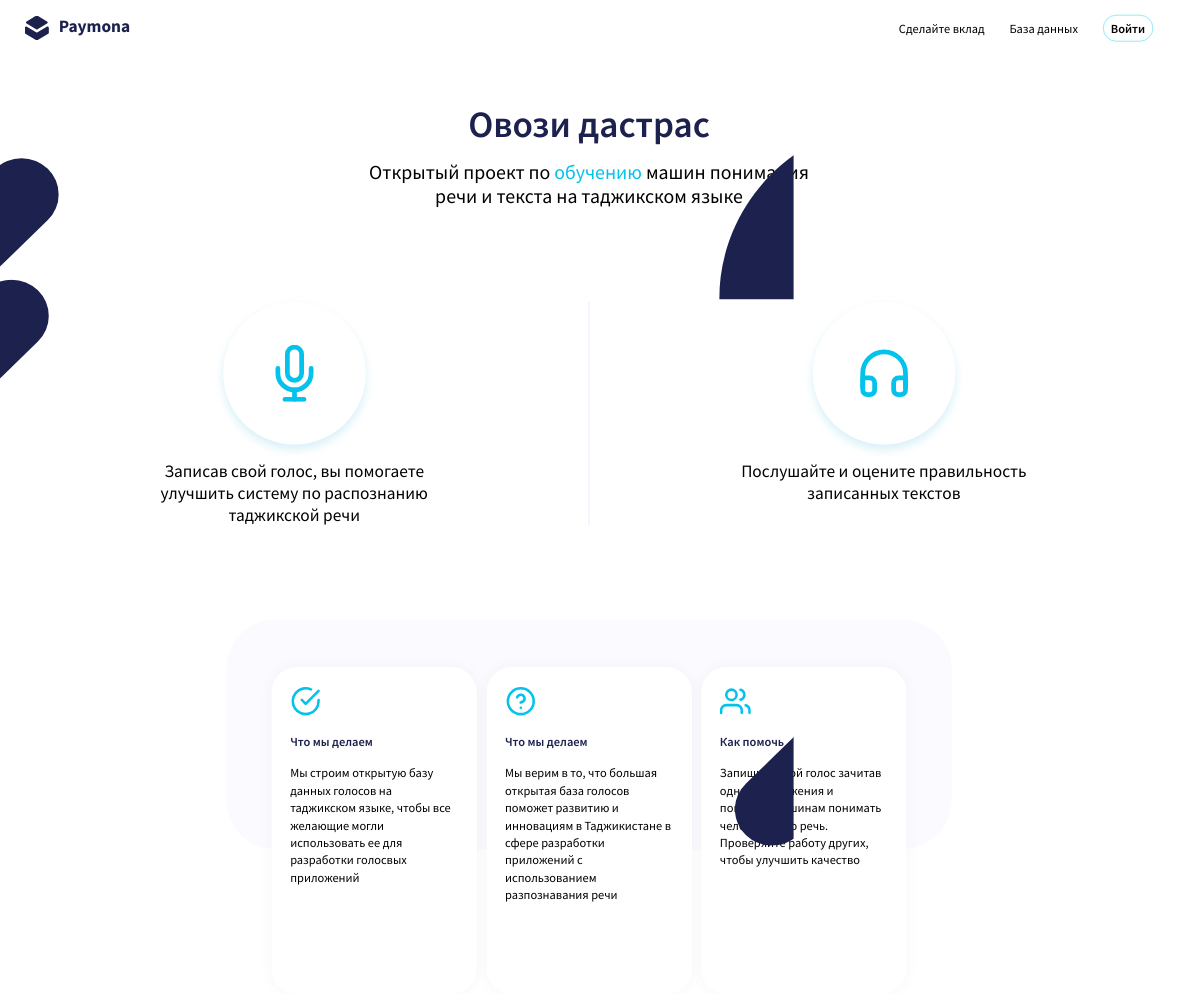
Repository: Amin444/Paymona-Sadp
Page: index.html
These files come from the project's save history. The page is drawn as it stood at one moment and after the next save; the edit follows.
The browser window is 1280 px wide. The page is 1900 px wide, so the pictures cover 1900 px, including what lies to the right of the window. The pictures show the whole page, at 62% of full size.

Above is the page before, as saved 2021-11-11 17:58:34.

After the next save:
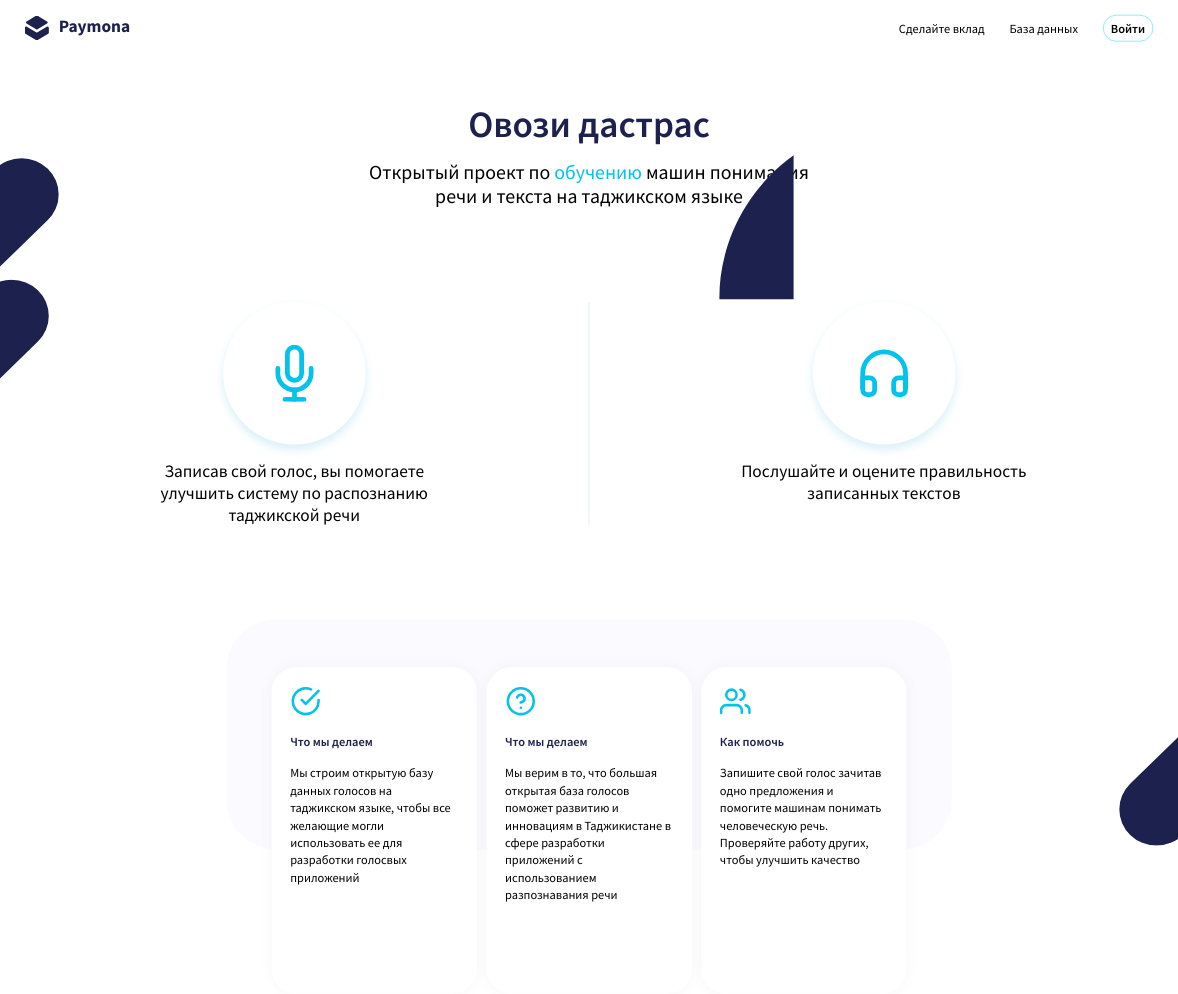
Saved 10 s later.
--- a/style.css
+++ b/style.css
@@ -177,6 +177,9 @@ hr{
   font-size: 20px;
   line-height: 28px;
 }
+.ewq{
+  position: relative;
+}
 .qwe{
   position: absolute;
 
